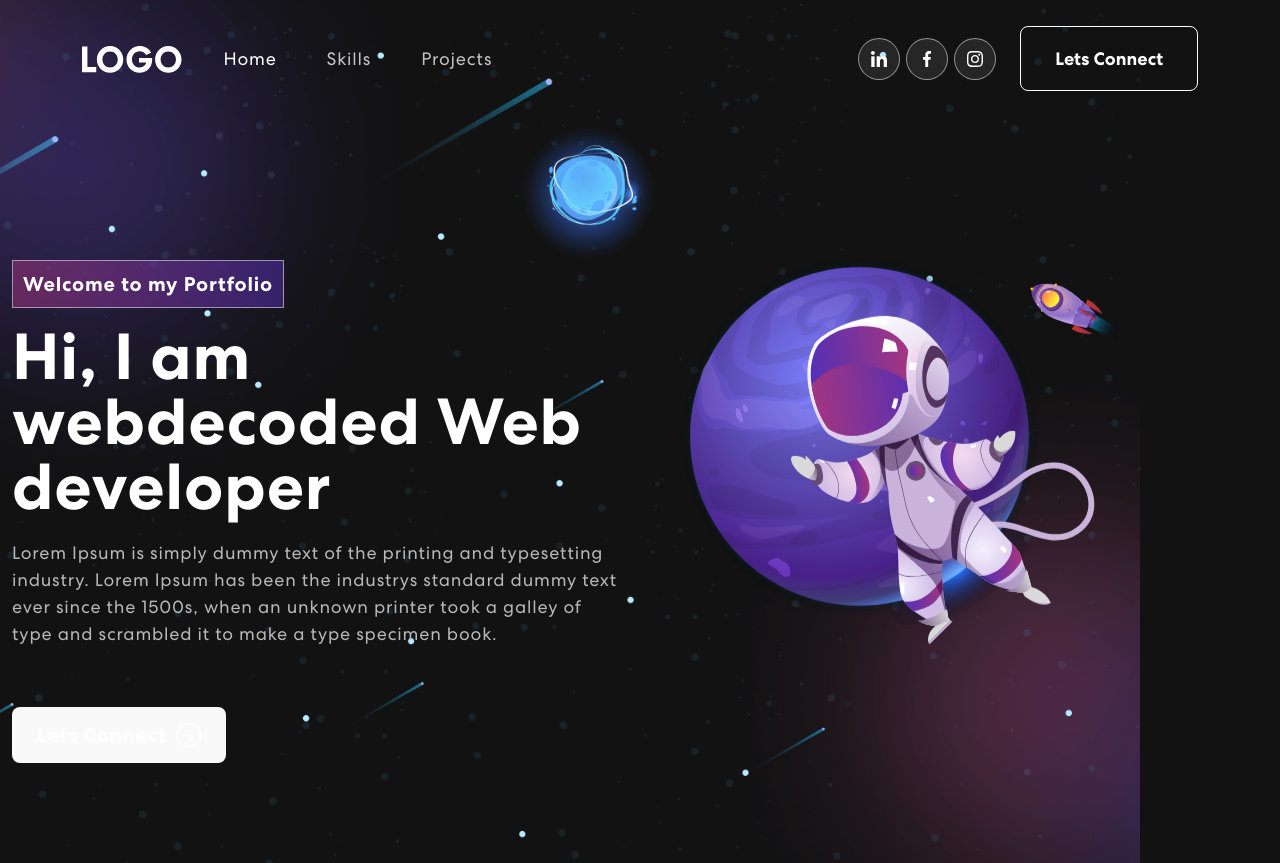
Repository: Wafaabahgat/Portfolio-Websiten
Page: /
These files come from the project's save history. The page is drawn as it stood at one moment and after a run of saves; the edit follows.
The browser window is 1280 px wide. The pictures show the whole page.
The project was rebuilt for these pictures with package versions that can differ from the ones it lists, and the page was loaded fresh each time. Also part of the build but not shown: vite.config.js.

Above is the page before, as saved 2023-08-16 01:34:21.

After the next 4 saves:
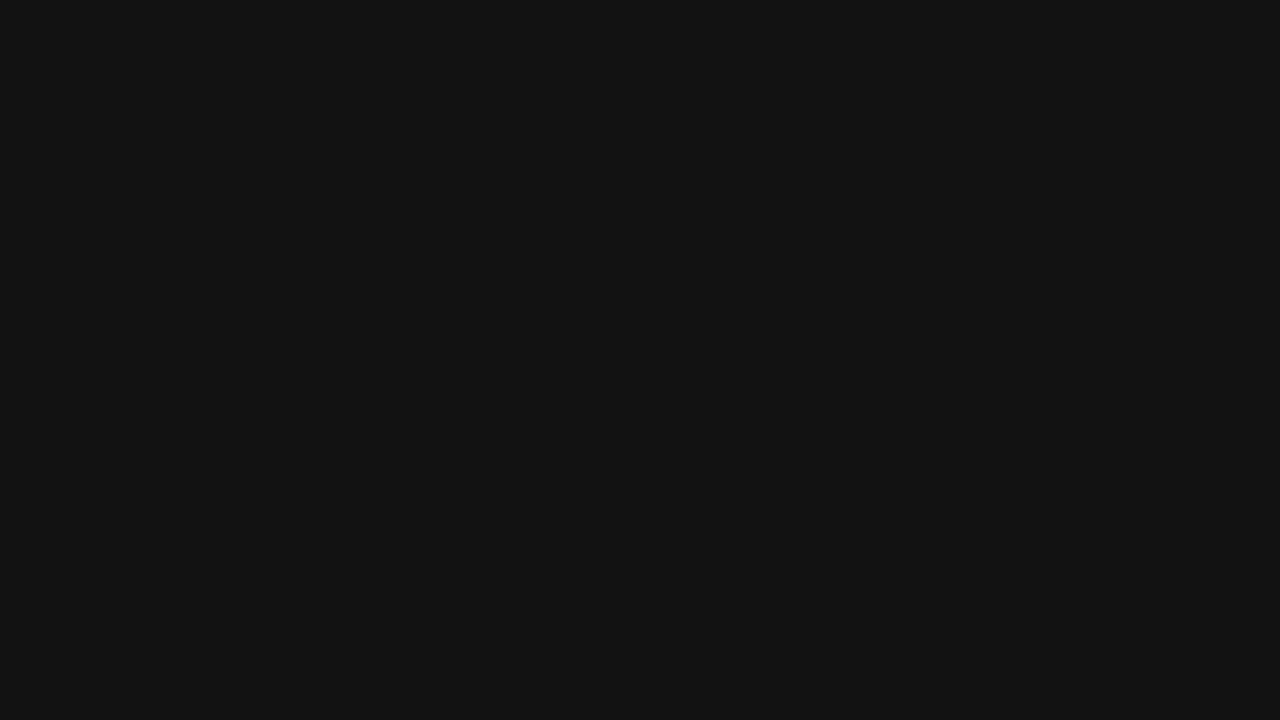
Console error: ReferenceError: set is not defined
The 4 saves are shown as one change because 2 did not build or start and some came seconds apart.
The last was saved 19 s later.
--- a/src/components/Banner.jsx
+++ b/src/components/Banner.jsx
@@ -12,7 +12,7 @@
   const period = 2000;
 
   useEffect(()=>{
-
+    let ticker=set
   })
 
   return (

After the 2 saves that followed:
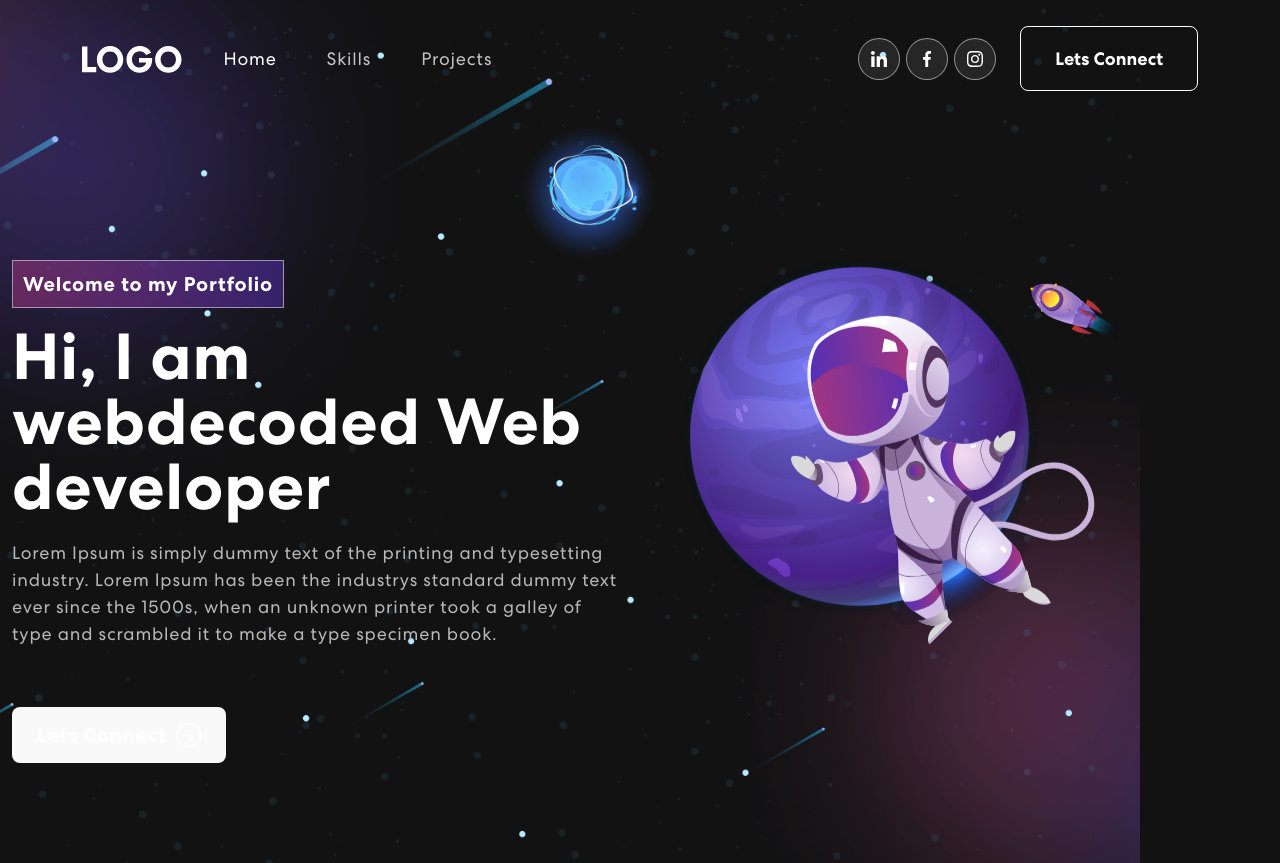
The error is gone.
The 2 saves are shown as one change because they came seconds apart.
The last was saved 7 s later.
--- a/src/components/Banner.jsx
+++ b/src/components/Banner.jsx
@@ -12,7 +12,9 @@
   const period = 2000;
 
   useEffect(()=>{
-    let ticker=set
+    let ticker=setInterval(()=>{
+
+    })
   })
 
   return (
